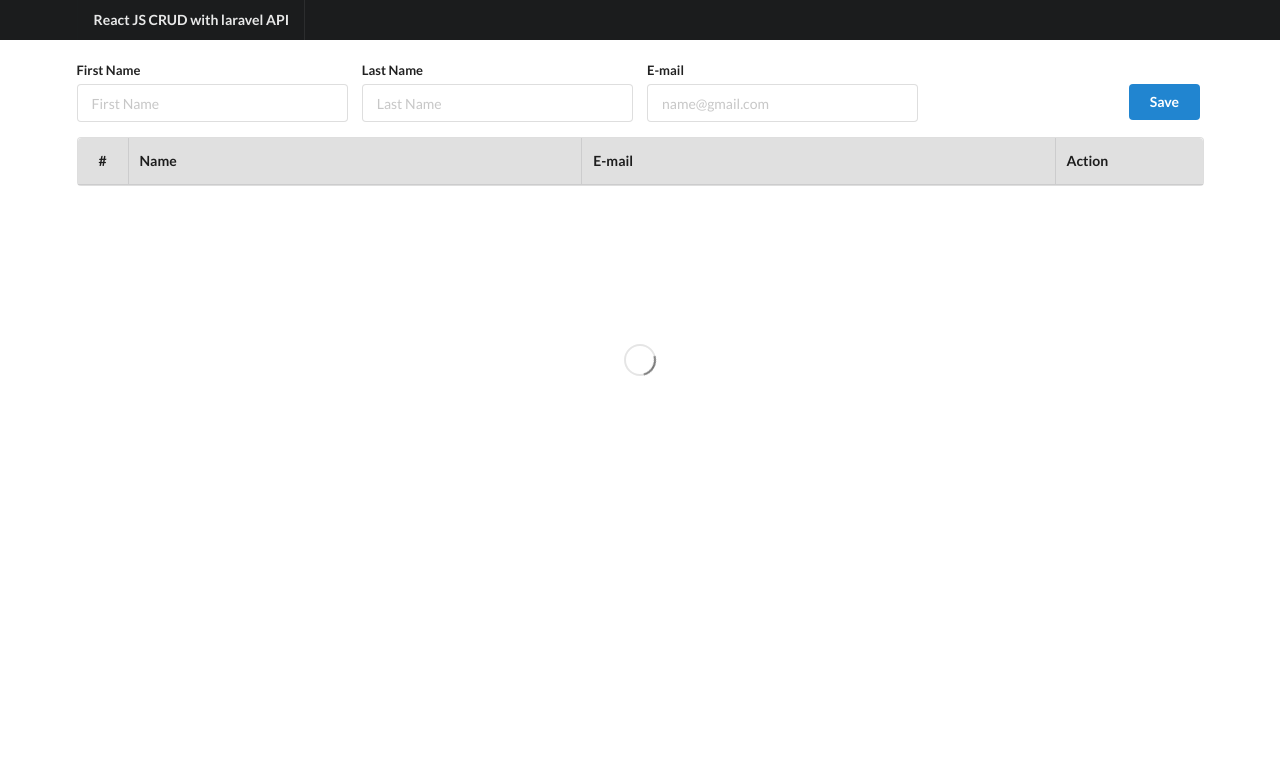
Repository: balkisys/react-js-crud
Page: /
These files come from the project's save history. The page is drawn as it stood at one moment and after the next save; the edit follows.
The browser window is 1280 px wide. The pictures show the whole page.
The page's requests for data from a server got no answer. The project was rebuilt for these pictures with package versions that can differ from the ones it lists, and the page was loaded fresh each time. No one was signed in, and anything a server would have sent is missing. Also part of the build but not shown: src/components/Customer.js.

Above is the page before, as saved 2020-05-27 20:38:58.

### public/index.html
<!DOCTYPE html>
<html lang="en">
  <head>
    <meta charset="utf-8" />
    <link rel="icon" href="%PUBLIC_URL%/favicon.ico" />
    <meta name="viewport" content="width=device-width, initial-scale=1" />
    <meta name="theme-color" content="#000000" />
    <meta
      name="description"
      content="Web site created using create-react-app"
    />
    <link rel="apple-touch-icon" href="%PUBLIC_URL%/logo192.png" />

    <link
    rel="stylesheet"
    href="https://cdnjs.cloudflare.com/ajax/libs/semantic-ui/2.4.1/semantic.min.css"
    />

    <!--
      manifest.json provides metadata used when your web app is installed on a
      user's mobile device or desktop. See https://developers.google.com/web/fundamentals/web-app-manifest/
    -->
    <link rel="manifest" href="%PUBLIC_URL%/manifest.json" />
    <!--
      Notice the use of %PUBLIC_URL% in the tags above.
      It will be replaced with the URL of the `public` folder during the build.
      Only files inside the `public` folder can be referenced from the HTML.

      Unlike "/favicon.ico" or "favicon.ico", "%PUBLIC_URL%/favicon.ico" will
      work correctly both with client-side routing and a non-root public URL.
      Learn how to configure a non-root public URL by running `npm run build`.
    -->
    <title>React App</title>
  </head>
  <body>
    <noscript>You need to enable JavaScript to run this app.</noscript>
    <div id="root"></div>
    <!--
      This HTML file is a template.
      If you open it directly in the browser, you will see an empty page.

      You can add webfonts, meta tags, or analytics to this file.
      The build step will place the bundled scripts into the <body> tag.

      To begin the development, run `npm start` or `yarn start`.
      To create a production bundle, use `npm run build` or `yarn build`.
    -->
  </body>
</html>

### src/index.js
import React from "react";
import ReactDOM from "react-dom";
import App from "./components/App";


ReactDOM.render(<App/>, document.querySelector("#root"));

### src/components/App.js
import React , {Component} from "react" ;
import axios from "axios";
import MyForm from "./MyForm";
import CustomerList from "./CustomerList";
import "./app.css";
import Loader from "./Loader";

class App extends Component {
    state = {

        customers: [],
        customer:{},
        loader: false,
        url: "http://127.0.0.1:8000/api/customers"
    };
    getCustomers = async () => {
        this.setState({ loader:true});
        const customers =  await axios.get(this.state.url);
        this.setState({ customers: customers.data, loader:false });
    }

       deleteCustomer =  async id => {
               this.setState({ loader : true});
             await  axios.delete(`${this.state.url}/${id}`);
             this.getCustomers();
       }

       createCustomer = async data => {
           this.setState({loader:true });
           await axios.post(this.state.url,{
               first_name: data.first_name,
               last_name: data.last_name,
               email: data.email
           });
           this.getCustomers();
       } ;

       editCustomer = async (data) => {
          // clear customer obj
          this.setState({ customer: {} , loader: true }) ;
          await axios.put(`${this.state.url}/${data.id}`, {
            first_name: data.first_name,
            last_name: data.last_name,
            email: data.email
          });
          this.getCustomers();
       }

    componentDidMount(){
        this.getCustomers();
    }

       onDelete = id => {
         // console.log ("app" , id );
         this.deleteCustomer(id);
       }

       onEdit = data => {

        //console.log ("app" , data );
        this.setState({ customer: data});

      }


      onFormSubmit = data => {
          //console.log("app" , data);
          if(data.isEdit) {
              this.editCustomer(data);
             // if is edit true
          } else {
                  // if is edit false
                  this.createCustomer(data);
          }
      };

    render () {
      return (
          <div>
          <div className="ui fixed inverted menu">
          <div className="ui container">

           <a href="/#" className="header item">
               React JS CRUD with laravel API
               </a>

          </div>
          </div>
          <div className="ui main container">
           <MyForm customer={this.state.customer}  onFormSubmit={this.onFormSubmit }     />
           {
               this.state.loader ? <Loader/> : ""
           }
           <CustomerList
           customers={this.state.customers}
           onDelete={this.onDelete}
           onEdit={this.onEdit}

           />
          </div>
          </div>
      );
    }
}
export default App ;

### src/components/MyForm.js
import React , {Component} from "react" ;


class MyForm extends Component {
    state = {
        form: {first_name:'' , last_name:'', email:'', isEdit: false},
        btnName: "Save",
        btnClass:"ui primary button submit-button"
    };
    isEmpty(obj){
        return Object.entries(obj).length === 0  && obj.constructor === Object;

    }
    componentDidUpdate(prevProps) {
        if(prevProps !== this.props && !this.isEmpty(this.props.customer)) {
           this.setState({
               form: {...this.props.customer, isEdit: true},
               btnName: "Update",
               btnClass: "ui orange button submit-button"
           });

            // console.log("update");
        }

    }

    handleChange = event => {
        const {name, value } = event.target;
        let form = this.state.form;
        form[name] = value ;
        this.setState({ form });
    };

    onFormSubmit = (event) =>  {
       // prevent form submit
       event.preventDefault();
       // form validation
      if (this.formValidation()) {
          // send form data to app
          this.props.onFormSubmit(this.state.form);
      }
      // change the button to save
      this.setState({
          btnName: "Save",
          btnClass: "ui primary button submit-button"
      })
      // clear form fields
      this.clearFormFields()
    };
    formValidation = () => {
        // first name
        if(document.getElementsByName("first_name")[0].value === "" ){
           alert('Enter first name') ;
           return false ;
        }
        // last name
        if(document.getElementsByName("last_name")[0].value === "" ){
            alert('Enter last name') ;
            return false ;
         }
         // email
        if(document.getElementsByName("email")[0].value === "" ){
            alert('Enter email') ;
            return false ;
         }
         return true ;

    };
   clearFormFields = () => {
       // change form state
       this.setState({
        form: {first_name:'' , last_name:'', email:'', isEdit: false}

       });
       // clear form fields
       document.querySelector(".form").reset();
   };

   render() {
       return (
      <form className= "ui form">
       <div className="fields">
           <div className="four wide field">
           <label> First Name </label>
           <input
            type="text"
            name="first_name"
            placeholder="First Name"
            onChange={this.handleChange}
            value={this.state.form.first_name} />
           </div>

           <div className="four wide field">
           <label> Last Name </label>
           <input
           type="text"
            name="last_name"
            placeholder="Last Name"
            onChange={this.handleChange}
            value={this.state.form.last_name} />
           </div>

           <div className="four wide field">
           <label> E-mail </label>
           <input
           type="email"
            name="email"
            placeholder="name@gmail.com"
            onChange={this.handleChange}
            value={this.state.form.email}
            />
           </div>

           <div className="four wide field">
           <button  className={this.state.btnClass} onClick={this.onFormSubmit}>
                {this.state.btnName}
                </button>
           </div>

       </div>
      </form>
       );
   }


}
export default MyForm ;

### src/components/CustomerList.js
import React, {Component} from "react";
import Customer from "./Customer";

class CustomerList extends Component {
         onDelete = id => {
             this.props.onDelete(id);
              //console.log("customer list" , id);

         };
         onEdit = data => {
            this.props.onEdit(data);
            // console.log("customer list" , id);

        };

    render() {
        const customers = this.props.customers;
        return (
          <div className="data">
              <table className="ui celled table">
                <thead>
                     <tr>
                         <th style={{ width: '50px' , textAlign: "center"}}>#</th>
                         <th>Name</th>
                         <th>E-mail</th>
                         <th style={{ width: "148px"}}>Action </th>
                     </tr>
                    </thead>

                    <tbody>
                        {customers.map(customer=>{
                              return <Customer
                              customer={customer}
                              key={customer.id}
                              onDelete={this.onDelete}
                              onEdit={this.onEdit}
                              />;

                            })
                        }

                    </tbody>
              </table>

          </div>
        );
    }
}

export default CustomerList;

### src/components/app.css
.main.container{
    margin-top: 60px;
}
.submit-button {
    margin-top: 24px !important;
    float: right;
}

.data {
    margin-top: 15px;
}

thead tr th {
     background: #e0e0e0 !important;
}

.ui.inverted.dimmer {
    background-color:rgba(255, 255, 255, 0) !important;
}

### src/components/Loader.js
import React, { Component } from 'react'

 class Loader extends Component {
    render() {
        return (
            <div className="ui active inverted dimmer">
               <div className="ui loader"></div>
            </div>
        )
    }
}

export default Loader

After the next save:
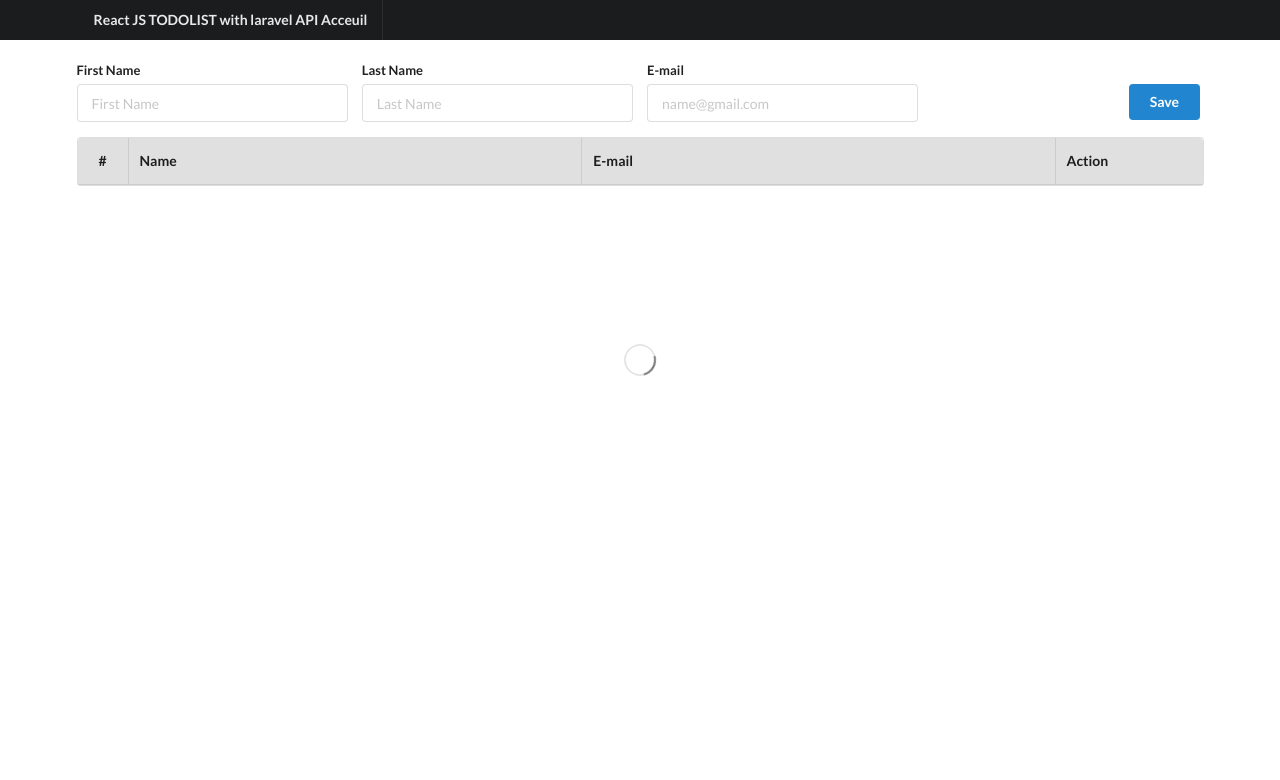
Saved 254 days later.
--- a/src/components/App.js
+++ b/src/components/App.js
@@ -81,7 +81,7 @@ class App extends Component {
           <div className="ui container">
 
            <a href="/#" className="header item">
-               React JS CRUD with laravel API
+               React JS TODOLIST  with laravel API Acceuil
                </a>
 
           </div>
